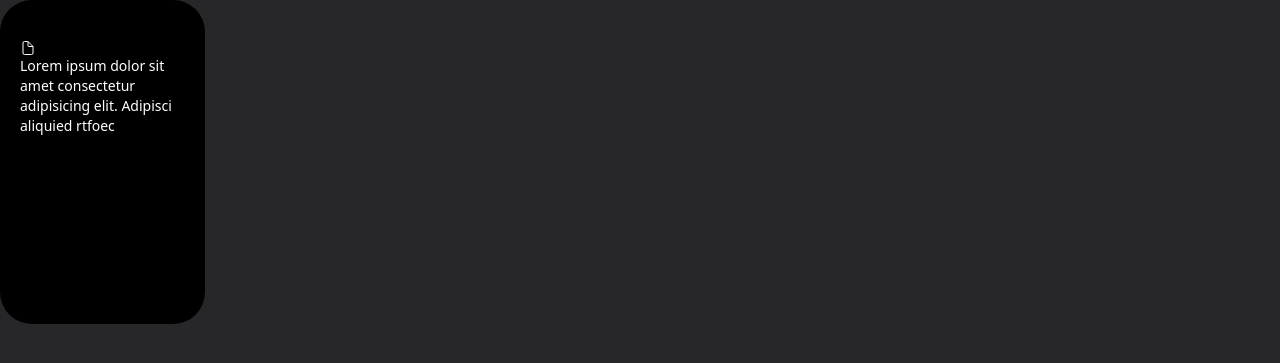
Repository: SharonSebastian32/dragable_cards
Page: /
The author's editor kept a copy of each file at every save. The page is drawn from the files as they stood at one save, then again after a run of saves.
The browser window is 1280 px wide. The pictures show the whole page.
The project was rebuilt for these pictures with package versions that can differ from the ones it lists, and the page was loaded fresh each time. Also part of the build but not shown: vite.config.js.

Above is the page before, as saved 2024-08-21 10:17:40.

After the next 3 saves:
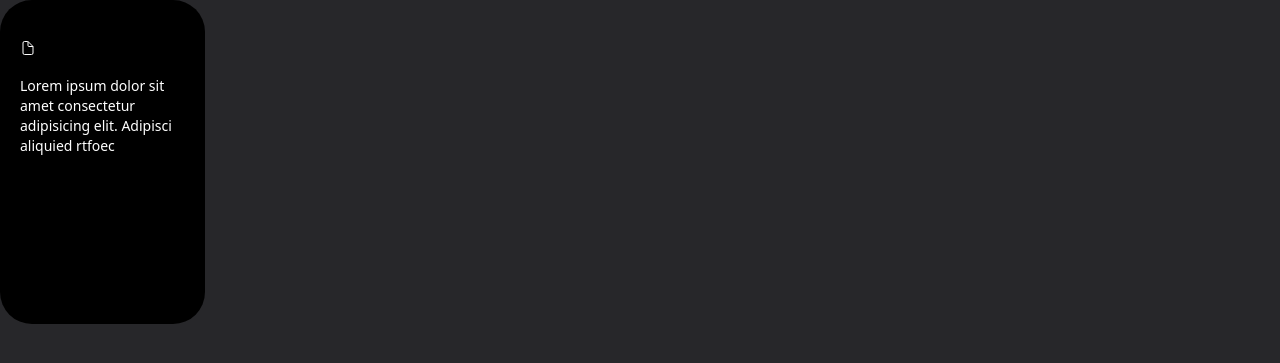
The 3 saves are shown as one change because they came seconds apart.
The last was saved 8 s later.
--- a/src/Components/Card.jsx
+++ b/src/Components/Card.jsx
@@ -3,7 +3,7 @@ const Card = () => {
   return (
     <div className="w-[16vw] h-[45vh] rounded-[2rem] text-white px-5 py-10 bg-black">
       <IoDocumentOutline />
-      <p className="text-sm font-medium m-">
+      <p className="text-sm font-medium mt-5">
         Lorem ipsum dolor sit amet consectetur adipisicing elit. Adipisci
         aliquied rtfoec{" "}
       </p>
